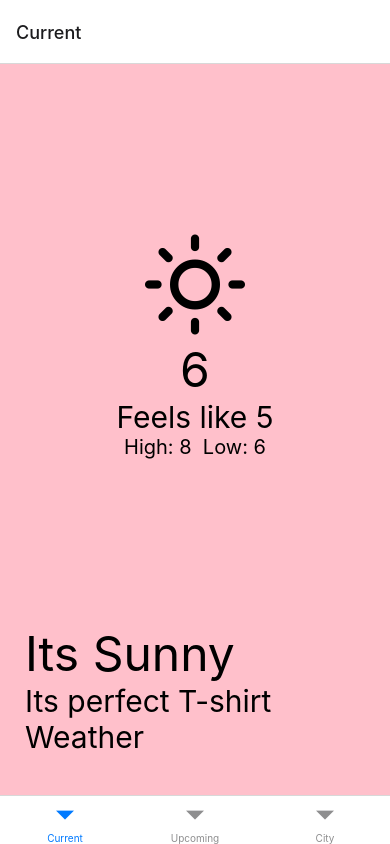
Repository: akinmiday/fcc
Screen: / (app in WeatherApp/)
The author's editor kept a copy of each file at every save. The screen is drawn from the files as they stood at one save, then again after a run of saves.
The app was drawn by React Native's web renderer in a window 390 px wide. The project was rebuilt for these pictures with package versions that can differ from the ones it lists, and the page was loaded fresh each time. Also part of the build but not shown: WeatherApp/src/components/ListItem.js, WeatherApp/src/components/screens/UpcomingWeather.js, WeatherApp/src/components/IconText.js, WeatherApp/src/components/screens/City.js.

Above is the screen before, as saved 2023-07-20 05:37:22.

### WeatherApp/App.js
import React from "react"
import { NavigationContainer } from "@react-navigation/native"
import { createBottomTabNavigator } from "@react-navigation/bottom-tabs"
import CurrentWeather from "./src/components/screens/CurrentWeather"
import UpcomingWeather from "./src/components/screens/UpcomingWeather"
import City from "./src/components/screens/City"

const Tab = createBottomTabNavigator()

const App = () => {
  return (
    <NavigationContainer>
      <Tab.Navigator screenOptions={{}}>
        <Tab.Screen name={"Current"} component={CurrentWeather} />
        <Tab.Screen name={"Upcoming"} component={UpcomingWeather} />
        <Tab.Screen name={"City"} component={City} />
      </Tab.Navigator>
    </NavigationContainer>
  )
}

export default App

### WeatherApp/src/components/screens/CurrentWeather.js
import React from "react"
import { View, Text, SafeAreaView, StyleSheet } from "react-native"
import { Feather } from "@expo/vector-icons"
import RowText from "../RowText"

const CurrentWeather = () => {
  const {
    wrapper,
    container,
    highLowWrapper,
    highLow,
    feels,
    temp,
    bodyWrapper,
    description,
    message
  } = styles
  return (
    <SafeAreaView style={wrapper}>
      <View style={container}>
        <Feather name="sun" size={100} color="#000" />
        <Text style={temp}>6</Text>
        <Text style={feels}>Feels like 5</Text>

        <RowText
          messageOne={"High: 8 "}
          messageTwo={" Low: 6"}
          containerStyles={highLowWrapper}
          messageOneStyles={highLow}
          messageTwoStyles={highLow}
        />
      </View>

      <RowText
        messageOne={"Its Sunny"}
        messageTwo={"Its perfect T-shirt Weather"}
        containerStyles={bodyWrapper}
        messageOneStyles={description}
        messageTwoStyles={message}
      />
    </SafeAreaView>
  )
}

const styles = StyleSheet.create({
  wrapper: {
    flex: 1,
    backgroundColor: "pink"
  },
  container: {
    flex: 1,
    alignItems: "center",
    justifyContent: "center"
  },
  temp: {
    color: "#000",
    fontSize: 48
  },
  feels: {
    fontSize: 30,
    color: "#000"
  },
  highLow: {
    color: "#000",
    fontSize: 20
  },
  highLowWrapper: {
    flexDirection: "row"
  },
  bodyWrapper: {
    justifyContent: "flex-end",
    alignItems: "flex-start",
    paddingLeft: 25,
    marginBottom: 40
  },
  description: {
    fontSize: 48
  },
  message: {
    fontSize: 30
  }
})

export default CurrentWeather

### WeatherApp/src/components/RowText.js
import React from "react"
import { View, Text } from "react-native"

const RowText = (props) => {
  const {
    messageOne,
    messageTwo,
    containerStyles,
    messageOneStyles,
    messageTwoStyles
  } = props
  return (
    <View style={containerStyles}>
      <Text style={messageOneStyles}>{messageOne}</Text>
      <Text style={messageTwoStyles}>{messageTwo}</Text>
    </View>
  )
}

export default RowText

After the next 2 saves:
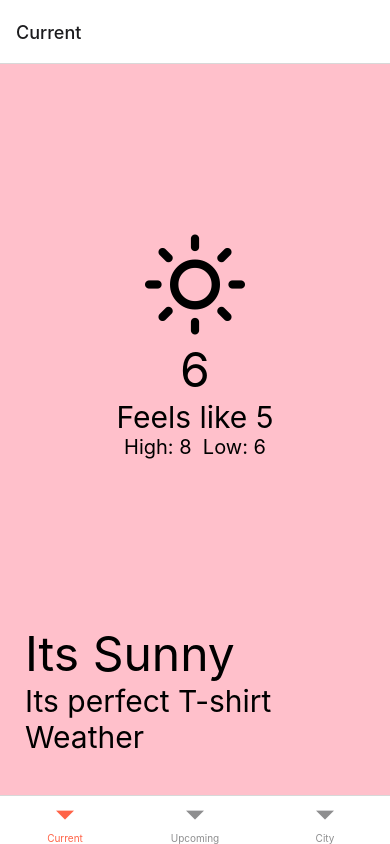
The 2 saves are shown as one change because 1 did not build or start.
The last was saved 45 s later.
--- a/WeatherApp/App.js
+++ b/WeatherApp/App.js
@@ -10,7 +10,11 @@ const Tab = createBottomTabNavigator()
 const App = () => {
   return (
     <NavigationContainer>
-      <Tab.Navigator screenOptions={{}}>
+      <Tab.Navigator
+        screenOptions={{
+          tabBarActiveTintColor: "tomato"
+        }}
+      >
         <Tab.Screen name={"Current"} component={CurrentWeather} />
         <Tab.Screen name={"Upcoming"} component={UpcomingWeather} />
         <Tab.Screen name={"City"} component={City} />
